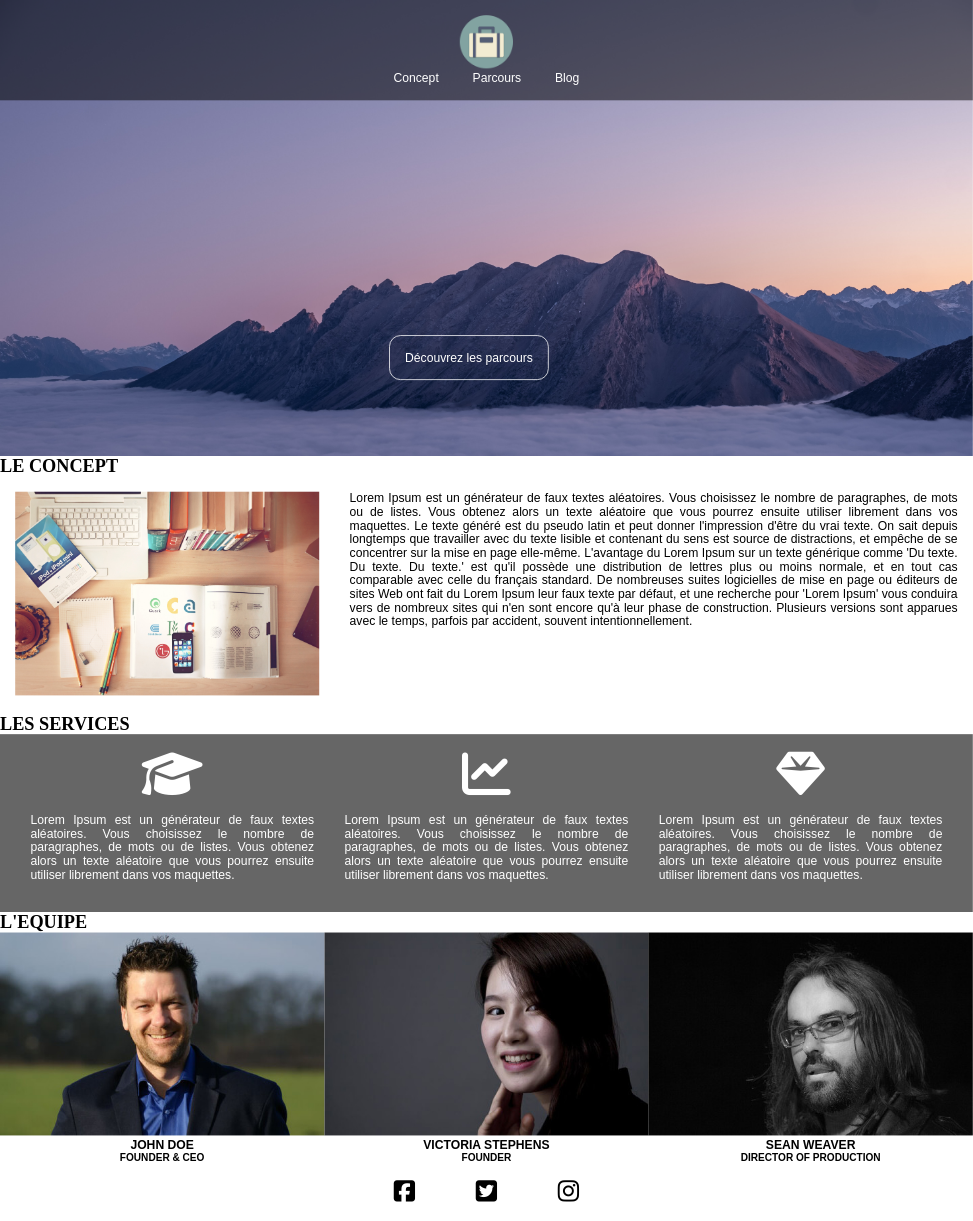
Repository: georeyff/WordPressThemes
Page: agenceVoyageInitial/index.html
These files come from the project's save history. The page is drawn as it stood at one moment and after the next save; the edit follows.
The browser window is 1280 px wide. The pictures show the whole page, at 76% of full size.
Some web fonts or font styles are not loaded; a fallback is used. Some web libraries are served in a nearby version.

Above is the page before, as saved 2020-11-26 17:36:35.

After the next save:
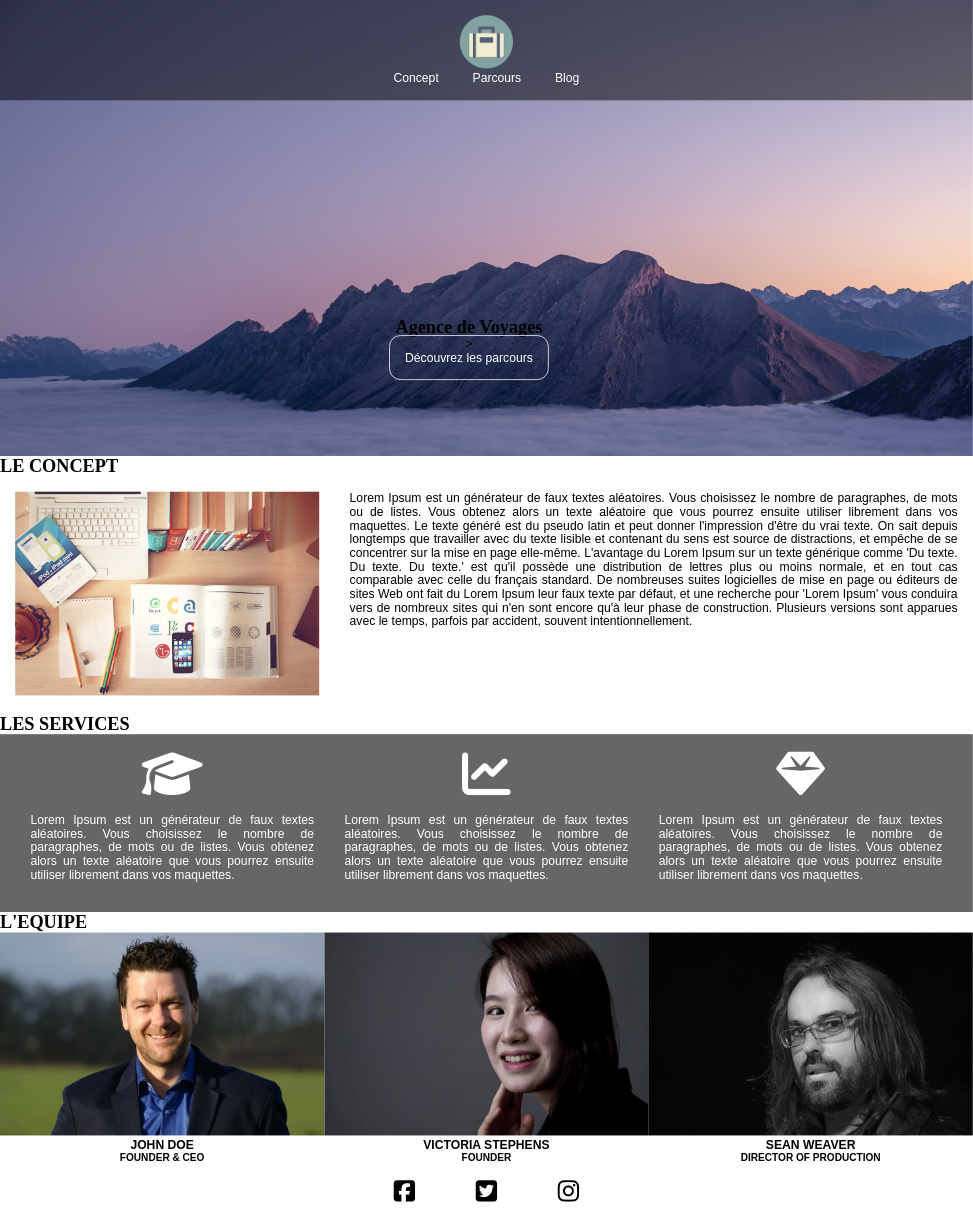
Saved 38 s later.
--- a/agenceVoyageInitial/index.html
+++ b/agenceVoyageInitial/index.html
@@ -32,6 +32,9 @@
       </nav><!--Ici, on referme la balise nav-->
       <div id="bandeau">
         <div id="contenu">
+          <div class="contenu-tagline">
+            <h1>Agence de Voyages</h1>>
+          </div>
           <div class="contenu-cta">
             <a href="#">Découvrez les parcours</a>
           </div>
